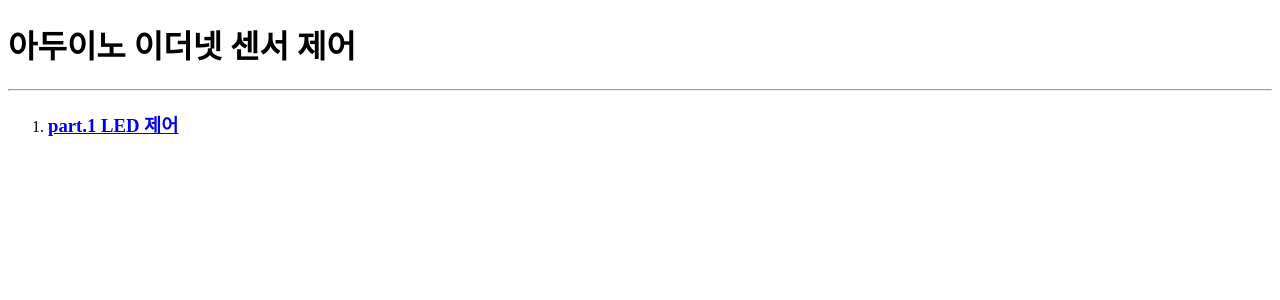
Repository: lafayetteey/WorkSpace_Arduino
Page: http://localhost/testArduino/
The author's editor kept a copy of each file at every save. The page is drawn from the files as they stood at one save, then again after the next save.
The browser window is 1280 px wide. The pictures show the whole page.
The page is served by Tomcat 9.

Above is the page before, as saved 2020-08-04 02:09:58.

### workspace_Arduino/testArduino/WebContent/index.jsp
<%@ page language="java" contentType="text/html; charset=UTF-8"
    pageEncoding="UTF-8"%>
<!DOCTYPE html>
<html>
<head>
<meta charset="UTF-8">
<title>Insert title here</title>
</head>
<body>
	<h1>아두이노 이더넷 센서 제어</h1>
	<hr>
	<ol>
		<li><h3><a href="views/part1_LED_Controler.jsp">part.1 LED 제어</a></h3></li>
	</ol>














</body>
</html>

After the next save:
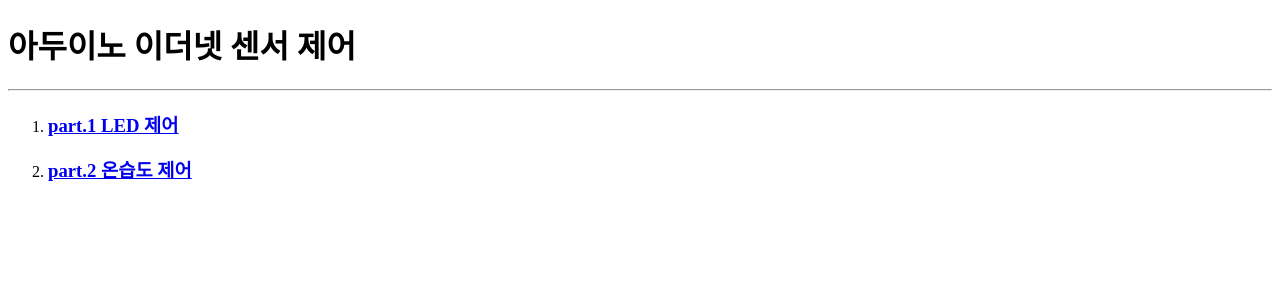
Saved 23 h 25 min later.
--- a/workspace_Arduino/testArduino/WebContent/index.jsp
+++ b/workspace_Arduino/testArduino/WebContent/index.jsp
@@ -11,6 +11,7 @@
 	<hr>
 	<ol>
 		<li><h3><a href="views/part1_LED_Controler.jsp">part.1 LED 제어</a></h3></li>
+		<li><h3><a href="views/part2_DHT11_Control.jsp">part.2 온습도 제어</a></h3>
 	</ol>
 
 
